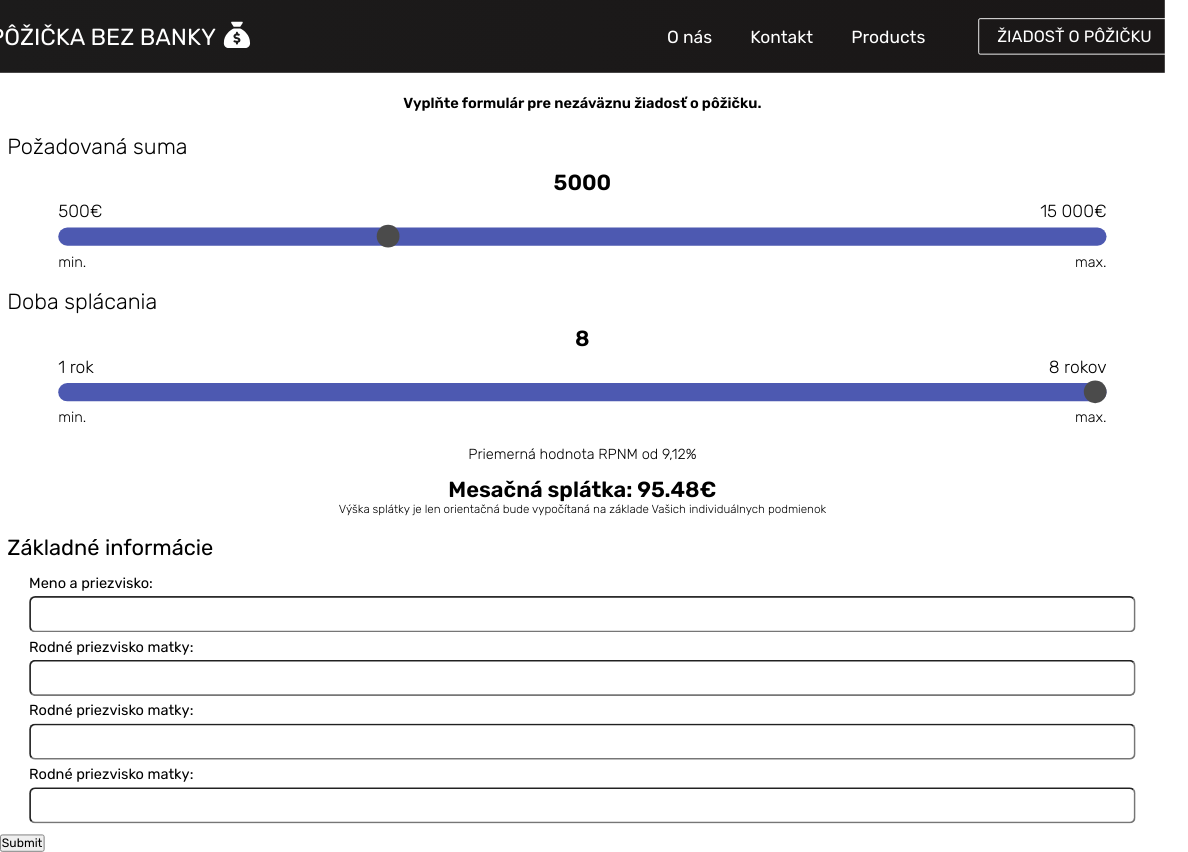
Repository: steve-lgtm/React-website-pozickabezbanky
Page: /ziadost
An editor plug-in stored every save of this project. The page is shown before and after the next save, followed by the edit.
The browser window is 1280 px wide. The page is 1305 px wide, so the pictures cover 1305 px, including what lies to the right of the window. The pictures show the whole page, at 91% of full size.
Some web libraries are served in a nearby version. The project was rebuilt for these pictures with package versions that can differ from the ones it lists, and the page was loaded fresh each time. Also part of the build but not shown: src/components/pages/Home.js, src/components/pages/Kontakt.js, src/components/pages/Products.js.

Above is the page before, as saved 2022-07-11 19:33:33.

### src/App.js
import React from 'react';
import Navbar from './components/Navbar';
import './App.css';
import Home from './components/pages/Home.js';
import { BrowserRouter as Router, Routes, Route } from 'react-router-dom';
import Kontakt from './components/pages/Kontakt';
import Products from './components/pages/Products';
import Ziadost from './components/pages/Ziadost';
import { library } from '@fortawesome/fontawesome-svg-core'
import { fas } from '@fortawesome/free-solid-svg-icons'


library.add(fas)


function App() {
  return (
      <Router>
        <Navbar />
        <Routes>
          <Route path='/' exact element={<Home />} />
          <Route path='/kontakt' element={<Kontakt/>} />
          <Route path='/products' element={<Products/>} />
          <Route path='/ziadost' element={<Ziadost/>} />
        </Routes>
      </Router>
  );
}

export default App;

### src/components/Navbar.js
import React, { useState, useEffect } from 'react';
import { Button } from './Button';
import { Link } from 'react-router-dom';
import './Navbar.css';
import { FontAwesomeIcon } from '@fortawesome/react-fontawesome';

function Navbar() {
  const [click, setClick] = useState(false);
  const [button, setButton] = useState(true);

  const handleClick = () => setClick(!click);
  const closeMobileMenu = () => setClick(false);

  const showButton = () => {
    if (window.innerWidth <= 1040) {
      setButton(false);
    } else {
      setButton(true);
    }
  };

  useEffect(() => {
    showButton();
  }, []);

  window.addEventListener('resize', showButton);

  return (
    <>
      <nav className='navbar'>
        <div className='navbar-container'>
          <Link to='/' className='navbar-logo' onClick={closeMobileMenu}>
            PÔŽIČKA BEZ BANKY
           {/* <FontAwesomeIcon icon="fa-solid fa-money-bill-1-wave" className='nav-icon'/> */}
           <FontAwesomeIcon icon="fa-solid fa-sack-dollar" className='nav-icon' />
          </Link>
          <div className='menu-icon' onClick={handleClick}>
            <i className={click ? 'fas fa-times' : 'fas fa-bars'} />
          </div>
          <ul className={click ? 'nav-menu active' : 'nav-menu'}>
            <li className='nav-item'>
              <Link to='/' className='nav-links' onClick={closeMobileMenu}>
                O nás
              </Link>
            </li>
            <li className='nav-item'>
              <Link
                to='/kontakt'
                className='nav-links'
                onClick={closeMobileMenu}
              >
                Kontakt
              </Link>
            </li>
            <li className='nav-item'>
              <Link
                to='/products'
                className='nav-links'
                onClick={closeMobileMenu}
              >
                Products
              </Link>
            </li>

            <li>
              <Link
                to='/ziadost'
                className='nav-links-mobile'
                onClick={closeMobileMenu}
              >
                ŽIADOSŤ O PÔŽIČKU
              </Link>
            </li>
          </ul>
          {button && <Button buttonStyle='btn--outline'>ŽIADOSŤ O PÔŽIČKU</Button>}
        </div>
      </nav>
    </>
  );
}

export default Navbar;

### src/App.css
@import url('https://fonts.googleapis.com/css2?family=Rubik:wght@300;400;600&display=swap');
* {
  box-sizing: border-box;
  margin: 0;
  padding: 0;
  font-family: 'Rubik', sans-serif;



}

.home,
.services,
.products,
.sign-up {
  display: flex;
  height: 89vh;
  align-items: center;
  justify-content: center;
  font-size: 3rem;
}

.services {
  background-color: blue;
  background-size: cover;
  background-repeat: no-repeat;
  color: rgb(0, 0, 0);
  font-size: 20px;
}

.products {
  background-color: blue;
  background-position: center;
  background-size: cover;
  background-repeat: no-repeat;
  color: #fff;
  font-size: 100 rem;
}

.sign-up {
  background-position: center;
  background-size: cover;
  background-repeat: no-repeat;
  color: rgb(0, 0, 0);
  font-size: 100px;
}
.home {
  background-position: center;
  background-size: cover;
  background-repeat: no-repeat;
  color: rgb(0, 0, 0);
  font-size: 100px;
}

### src/components/pages/Ziadost.js
import React from 'react';
import '../../App.css';
import './Ziadost.css'
import { useState } from 'react';
import { useFormik} from 'formik'

function PMT(ir, np, pv, fv, type) {

  //  * ir   - interest rate per month
  //  * np   - number of periods (months)
   // * pv   - present value
   // * fv   - future value
  //  * type - when the payments are due:
 //   *        0: end of the period, e.g. end of month (default)
  //  *        1: beginning of period

   var pmt, pvif;

   fv || (fv = 0);
   type || (type = 0);

   if (ir === 0)
       return -(pv + fv)/np;

   pvif = Math.pow(1 + ir, np);
   pmt = - ir * pv * (pvif + fv) / (pvif - 1);

   if (type === 1)
       pmt /= (1 + ir);


   return pmt;}

export default function Ziadost() {
  const [mounthAmount, setMounthAmount] = useState(95.48);
  const formik =  useFormik({
    initialValues: {
      amount: 5000,
      period: 8,
      name: '',
      surnameMom:''
    },
    onSubmit: values => {
      console.log('Form data',values)
    },
    validate: values => {
      let errors ={}

      if(!values.name) {
        errors.name = 'Requiered'
      }

      if(!values.surnameMom) {
        errors.name = 'Requiered'
      }

      return errors
    }
  });

 const changeAmount = (e) => {
  let urk_sdz = 0.1834;
  if(e.target.name==='amount'){
    let urk_sdz = 0.1834;
    if ( formik.values.period===1) urk_sdz = 0.3910;
    if ( formik.values.period>1 && formik.values.period<6 ) urk_sdz = 0.2098; //0.22;
    if ( formik.values.period>5 && formik.values.period<9 ) urk_sdz = 0.1834;
    let finalAmount = Math.round(PMT(Math.pow((1+urk_sdz),1/12)-1,(formik.values.period*12),-1*e.target.value)*100) /100;
  setMounthAmount(finalAmount)}

  if(e.target.name==='period'){
    if ( e.target.value===1) urk_sdz = 0.3910;
    if ( e.target.value>1 && e.target.value<6 ) urk_sdz = 0.2098; //0.22;
    if ( e.target.value>5 && e.target.value<9 ) urk_sdz = 0.1834;
    let finalAmount = Math.round(PMT(Math.pow((1+urk_sdz),1/12)-1,(e.target.value*12),-1*formik.values.amount)*100) /100;
    setMounthAmount(finalAmount)}
  };
  return (
    <>
      <h1 className='header-form'>
          Vyplňte formulár pre nezáväznu žiadosť o pôžičku.
        </h1>
      <form onSubmit={formik.handleSubmit}>
      <div className='container-form'>
        <div className='section-name'>Požadovaná suma</div>
            <h2>{formik.values.amount}</h2>
            <div className="containerslider">
                <div className="pullleft" style={{fontSize:"1.2rem"}}>
                    500€
                </div>
                <div className="pullright" style={{fontSize:"1.2rem"}}>
                    15 000€
                </div>
            <input type="range" name="amount" step="100" min="500" max="15000" onChange={(e) =>{formik.handleChange(e); changeAmount(e)}} value={formik.values.amount} className="slider" id="suma"/>
            <div className="pullleft" style={{fontSize: "1rem"}}>
                min.
            </div>
            <div className="pullright" style={{fontSize: "1rem"}}>
                max.
            </div>
            </div>

       <div className='section-name'>Doba splácania</div>
       <h2>{formik.values.period}</h2>
            <div className="containerslider">
                <div className="pullleft" style={{fontSize:"1.2rem"}}>
                    1 rok
                </div>
                <div className="pullright" style={{fontSize:"1.2rem"}}>
                    8 rokov
                </div>
            <input type="range" name="period" step="1" min="1" max="8" onChange={(e) => {formik.handleChange(e); changeAmount(e)}} value={formik.values.period} className="slider" id="doba"/>
            <div className="pullleft" style={{fontSize: "1rem"}}>
                min.
            </div>
            <div className="pullright" style={{fontSize: "1rem"}}>
                max.
            </div>
            </div>
            <div className="info">
        Priemerná hodnota RPNM od 9,12%
        </div>
        <h2> Mesačná splátka: {mounthAmount}€</h2>
        <div className="info2">
            Výška splátky je len orientačná bude vypočítaná na základe Vašich individuálnych podmienok
        </div>
            </div>
          <div className='personal-data'>
          <div className='section-name'>Základné informácie</div>
            <div className='personal-data-field'>
          <label htmlFor="name">Meno a priezvisko:</label>
      <input type="text" name="name" id="name" onChange={formik.handleChange} value={formik.values.name}/>
      </div>
      <div className='personal-data-field'>
      <label htmlFor="surnameMom">Rodné priezvisko matky:</label>
      <input type="text" name="surnameMom" id="surnameMom" onChange={formik.handleChange} value={formik.values.surnameMom}/>
            </div>
            <div className='personal-data-field'>
      <label htmlFor="surnameMom">Rodné priezvisko matky:</label>
      <input type="text" name="surnameMom" id="surnameMom" onChange={formik.handleChange} value={formik.values.surnameMom}/>
            </div>
            <div className='personal-data-field'>
      <label htmlFor="surnameMom">Rodné priezvisko matky:</label>
      <input type="text" name="surnameMom" id="surnameMom" onChange={formik.handleChange} value={formik.values.surnameMom}/>
            </div>
            </div>
            <button type='submit'>Submit</button>
      </form>

    </>
  );
}

### src/components/Button.js
// import React from 'react';
// import './Button.css';
// import { Link } from 'react-router-dom';

// export function Button() {
//   return (
//     <Link to='sign-up'>
//       <button className='btn'>Sign Up</button>
//     </Link>
//   );
// }

import React from 'react';
import './Button.css';
import { Link } from 'react-router-dom';

const STYLES = ['btn--primary', 'btn--outline', 'btn--test'];

const SIZES = ['btn--medium', 'btn--large'];

export const Button = ({
  children,
  type,
  onClick,
  buttonStyle,
  buttonSize
}) => {
  const checkButtonStyle = STYLES.includes(buttonStyle)
    ? buttonStyle
    : STYLES[0];

  const checkButtonSize = SIZES.includes(buttonSize) ? buttonSize : SIZES[0];

  return (
    <Link to='/ziadost' className='btn-mobile'>
      <button
        className={`btn ${checkButtonStyle} ${checkButtonSize}`}
        onClick={onClick}
        type={type}
      >
        {children}
      </button>
    </Link>
  );
};

### src/components/Navbar.css
.navbar {
    background: linear-gradient(90deg, rgb(28, 27, 27) 0%, rgb(26, 23, 23) 100%);
    height: 80px;
    display: flex;
    justify-content: center;
    align-items: center;
    font-size: 1.2rem;
    position: sticky;
    top: 0;
    z-index: 999;
    font-weight: 400;
    white-space: nowrap;
  }

  .navbar-container {
    display: flex;
    justify-content: center;
    align-items: center;
    height: 80px;
    max-width: 1500px;
  }

  .navbar-logo {
    color: #fff;
    justify-self: start;
    margin-left: 0.5em;
    cursor: pointer;
    text-decoration: none;
    font-size: 1.6rem;
    display: flex;
    align-items: center;

  }

  .nav-icon {
    margin-left: 0.3em;
    margin-bottom: 0.1em;
    font-size: 1.8rem;
  }

  .nav-menu {
    display: grid;
    grid-template-columns: repeat(4, auto);
    grid-gap: 10px;
    list-style: none;
    text-align: center;
    width: 60vw;
    justify-content: end;
    margin-right: 2rem;
  }

  .nav-item {
    height: 3.5em;
  }

  .nav-links {
    color: #fff;
    display: flex;
    align-items: center;
    text-decoration: none;
    padding: 0.5rem 1rem;
    height: 100%;
  }

  .nav-links:hover {
    border-bottom: 4px solid #fff;
    transition: all 0.2s ease-out;
  }

  .fa-bars {
    color: rgb(255, 255, 255);
  }

  .nav-links-mobile {
    display: none;
  }

  .menu-icon {
    display: none;
  }

  @media screen and (max-width: 1040px) {
    .NavbarItems {
      position: relative;
    }

    .nav-menu {
      display: flex;
      flex-direction: column;
      justify-content: flex-start;
      width: 100%;
      height: 100vh;
      position: absolute;
      top: 80px;
      left: -100%;
      opacity: 1;
      transition: all 0.5s ease;
    }

    .nav-menu.active {
      background: #242222;
      left: 0;
      opacity: 1;
      transition: all 0.5s ease;
      z-index: 1;
    }

    .nav-links {
      font-size: 1.5rem;
      text-align: center;
      padding: 2rem;
      width: 100%;
      display: table;
    }

    .nav-links:hover {
      background-color: #fff;
      color: #242424;
      border-radius: 0;
    }

    .navbar-logo {
      float: left;}

    .navbar {
      justify-content: flex-start;
    }
    .navbar-container {
      float: left;
    }
    .menu-icon {
      display: block;
      position: absolute;
      top: 0;
      right: 0;
      transform: translate(-100%, 60%);
      font-size: 1.8rem;
      cursor: pointer;
    }

    .fa-times {
      color: #fff;
      font-size: 2rem;
    }

    .nav-links-mobile {
      display: block;
      text-align: center;
      margin: 2rem auto;
      border-radius: 4px;
      width: 80%;
      text-decoration: none;
      font-size: 1.5rem;
      background-color: transparent;
      color: #fff;
      padding: 14px 20px;
      border: 1px solid #fff;
      transition: all 0.3s ease-out;
    }

    .nav-links-mobile:hover {
      background: #fff;
      color: #242424;
      transition: 250ms;
    }
  }

### src/components/pages/Ziadost.css

.container-form {
margin: 0.5em;
display: flex;
flex-direction: column;
align-items: center;
font-weight: 300;
}
.pullleft{
    margin-top:0.3em;
    margin-bottom: 0.3em;
    float: left;

}
.pullright{
    margin-top:0.3em;
    margin-bottom: 0.3em;
    float: right;
}

.containerslider {
    width: 90vw;
    margin-bottom: 1em;
}
.header-form {
    text-align: center;
    font-size: 1rem;
    padding: 1em;
    padding-top: 1.5em;
}
.info{
    font-size: 1rem;
    color:black;
    text-align: center;
    margin-bottom: 1em;
}
.info2{
    font-size: 0.8rem;
    color:black;
    text-align: center;
    margin-bottom: 1em;
}
.slider {
    -webkit-appearance: none;
    width: 100%;
    height: 20px;
    background: #021391;
    outline: none;
    opacity: 0.7;
    -webkit-transition: .2s;
    transition: opacity .2s;
    border-radius: 1em;

  }
.section-name {
    align-self: flex-start;
    font-size: 1.5em;
    margin-bottom: 0.5em;
}

  .slider::-webkit-slider-thumb {
    -webkit-appearance: none;
    appearance: none;
    width: 25px;
    height: 25px;
    background: #000000;
    cursor: pointer;
    border-radius: 40px;
  }

  .slider::-moz-range-thumb {
    width: 25px;
    height: 25px;
    background: #000000;
    cursor: pointer;
  }
.arrow{
    width: 70px;
    margin-bottom: -1em;
}

.personal-data{
    display: flex;
    flex-direction: column;
    justify-content:space-evenly;
    height: 20em;
    margin: 0.5em;
}
.personal-data-field{
    display: flex;
    flex-direction: column;
    justify-content:space-around;
    height: 4.5em;
    margin: 0 1.5em;
}
input[type=text] {
    border-radius: 0.5em;
    height: 3em;
    padding: 8px 10px;
}

### src/components/Button.css
:root {
  --primary: #fff;
}

.btn {
  padding: 8px 20px;
  border-radius: 2px;
  outline: none;
  border: none;
  cursor: pointer;
}

.btn--primary {
  background-color: var(--primary);
  color: #242424;
  border: 1px solid var(--primary);
}

.btn--outline {
  background-color: transparent;
  color: #fff;
  padding: 8px 20px;
  border: 1px solid var(--primary);
  transition: all 0.3s ease-out;
}

.btn--medium {
  margin-right: 1em;
  padding: 8px 20px;
  font-size: 18px;
}

.btn--large {
  padding: 12px 26px;
  font-size: 20px;
}

.btn--large:hover,
.btn--medium:hover {
  transition: all 0.3s ease-out;
  background: #fff;
  color: #242424;
  transition: 250ms;
}

Loaded but not shown: public/index.html (common file); src/index.js (common file); src/index.css (common file)

After the next save:
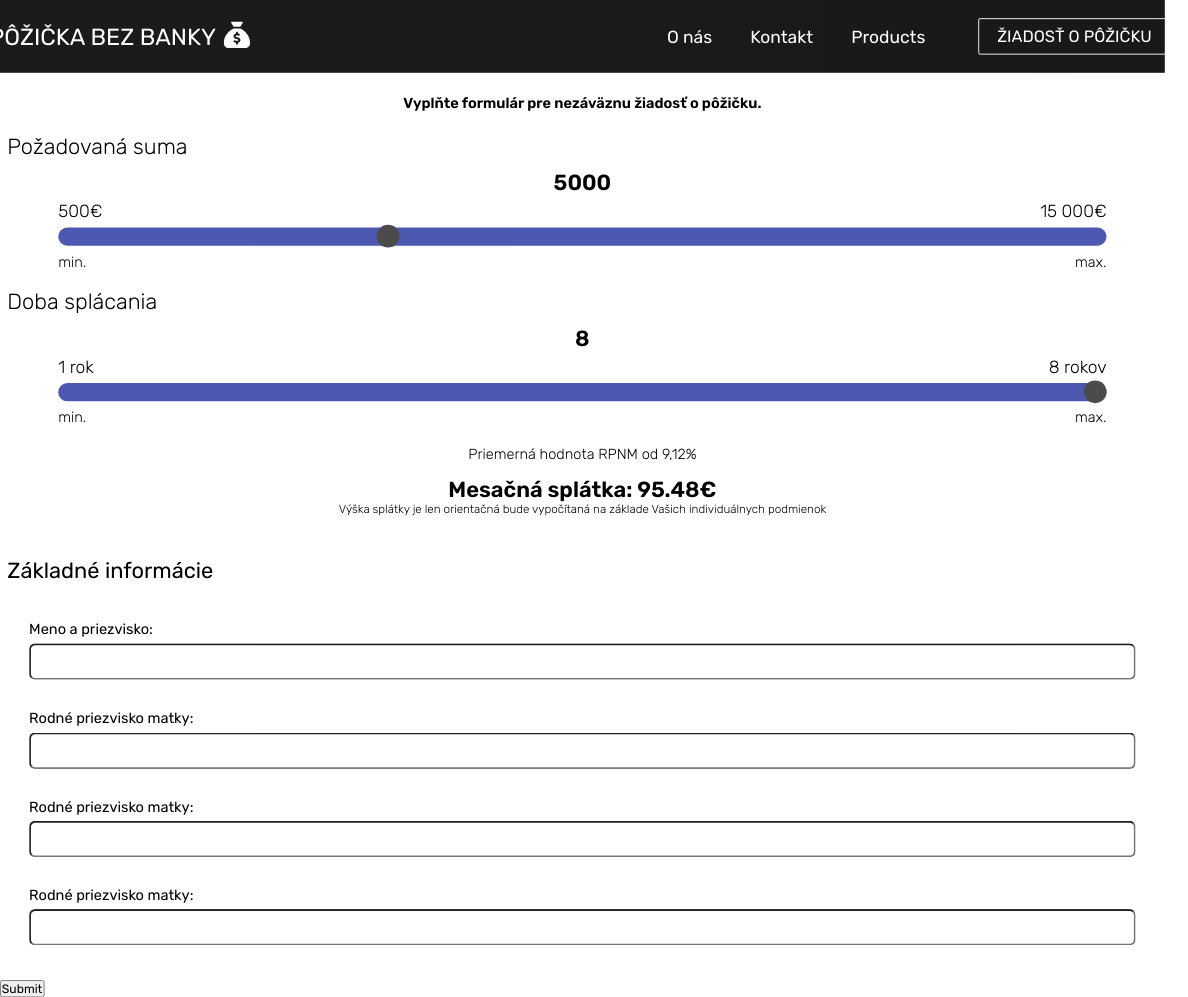
Saved 7 s later.
--- a/src/components/pages/Ziadost.css
+++ b/src/components/pages/Ziadost.css
@@ -83,7 +83,7 @@ font-weight: 300;
     display: flex;
     flex-direction: column;
     justify-content:space-evenly;
-    height: 20em;
+    height: 30em;
     margin: 0.5em;
 }
 .personal-data-field{
